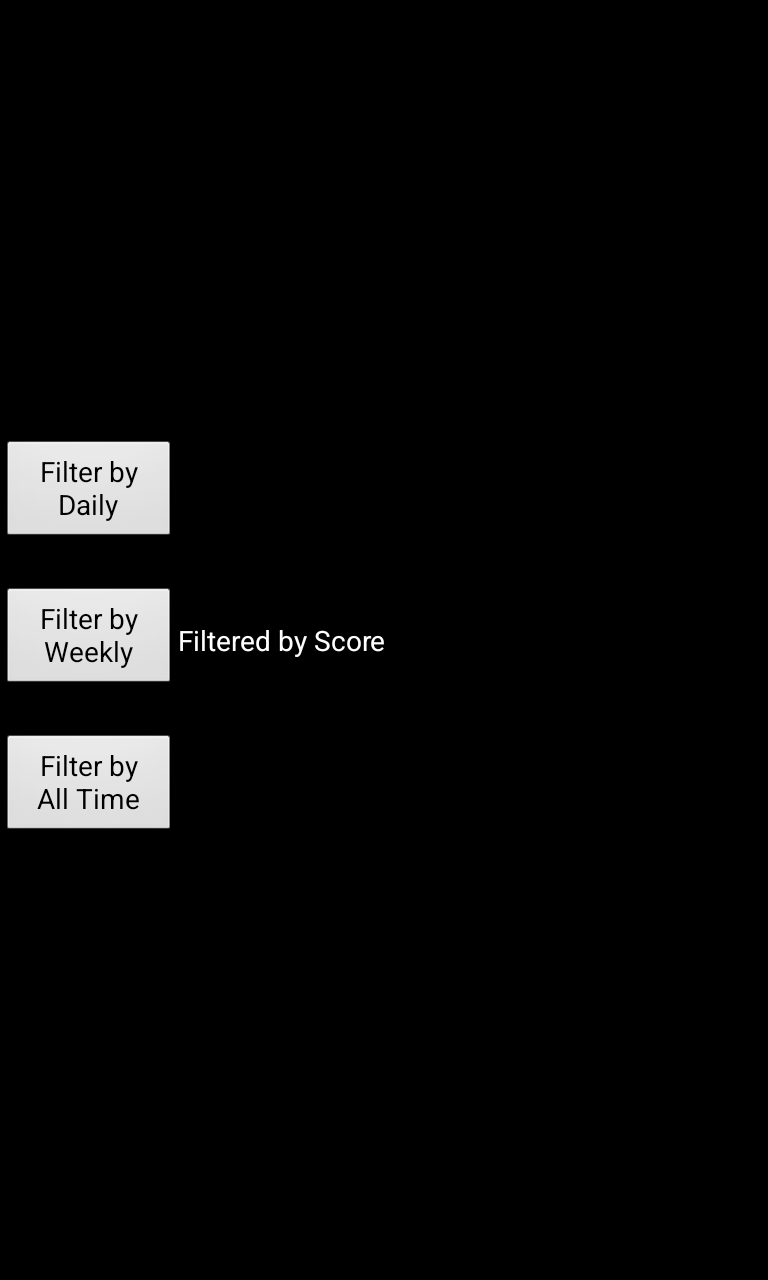
Repository: valleskeyp/IADHub
Layout: MGDGame-android/res/layout/main.xml
The author's editor kept a copy of each file at every save. The layout is drawn from the files as they stood at one save, then again after the next save.
It is drawn on a 768 x 1280 px phone screen (xhdpi) without system bars, with theme android:Theme.NoTitleBar.Fullscreen; the app's code is not run. Lists and similar views that code fills are empty.

Above is the layout before, as saved 2013-07-31 21:20:16.

After the next save:
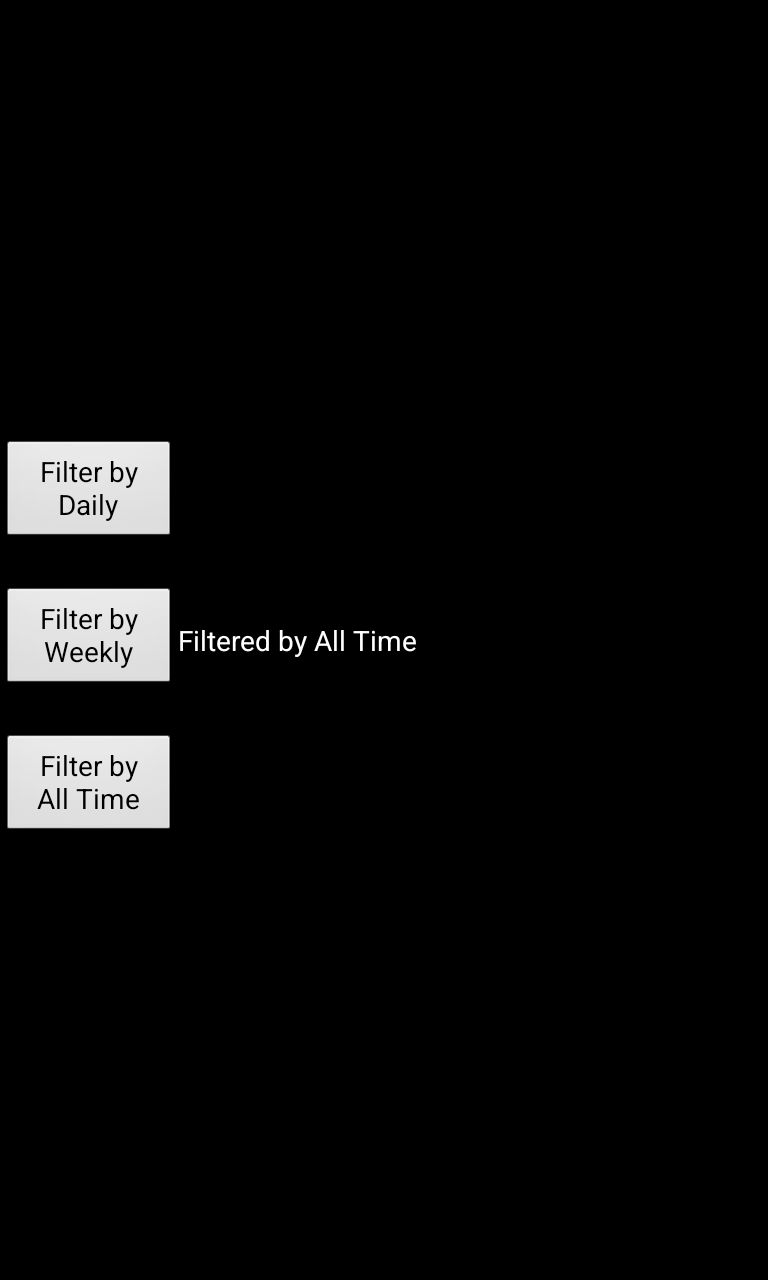
Saved 18 s later.
--- a/MGDGame-android/res/layout/main.xml
+++ b/MGDGame-android/res/layout/main.xml
@@ -41,7 +41,7 @@
             android:id="@+id/filterModeText"
             android:layout_width="match_parent"
             android:layout_height="wrap_content"
-            android:text="Filtered by Score"
+            android:text="Filtered by All Time"
             android:textColor="@android:color/white" />
 
         <LinearLayout
